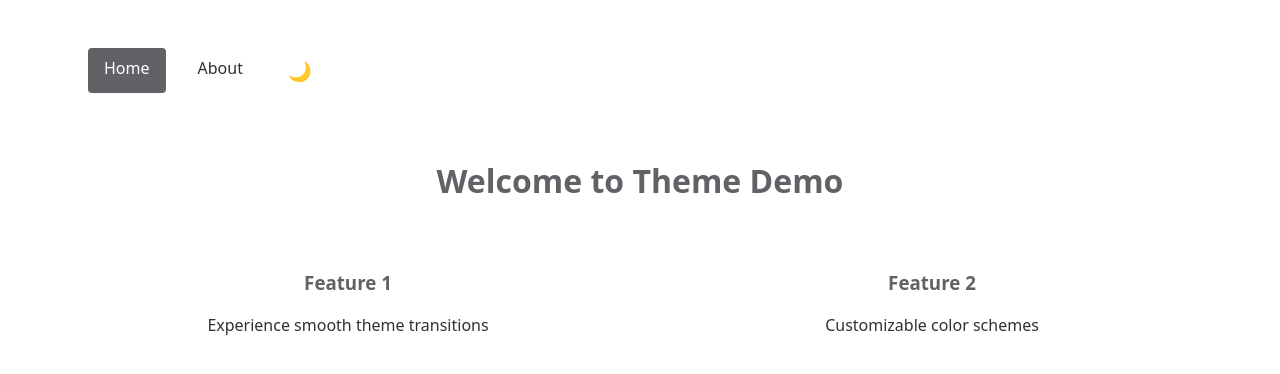
Repository: krislorem/multi
Page: /
The author's editor kept a copy of each file at every save. The page is drawn from the files as they stood at one save, then again after the next save.
The browser window is 1280 px wide. The pictures show the whole page.
The project was rebuilt for these pictures with package versions that can differ from the ones it lists, and the page was loaded fresh each time. Also part of the build but not shown: vite.config.ts.

Above is the page before, as saved 2025-02-12 20:12:32.

After the next save:
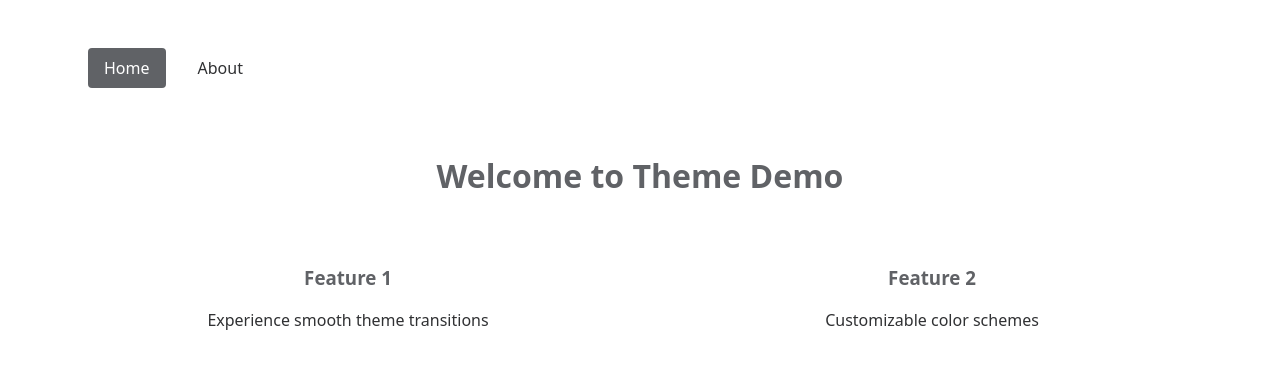
Saved 11 min 55 s later.
--- a/src/components/ThemeSwitcher.vue
+++ b/src/components/ThemeSwitcher.vue
@@ -82,9 +82,8 @@ onMounted(() => {
   <button @click="switchTheme" class="theme-switcher"
     :title="`Switch to ${currentTheme === 'light' ? 'dark' : 'light'} theme`">
     <transition name="fade" mode="out-in">
-      <span :key="currentTheme">
-        {{ currentTheme === 'light' ? '🌙' : '☀️' }}
-      </span>
+      <Icon v-if="currentTheme === 'light'" icon="line-md:sun-rising-loop" />
+      <Icon v-else icon="line-md:moon-alt-loop" />
     </transition>
   </button>
 </template>
